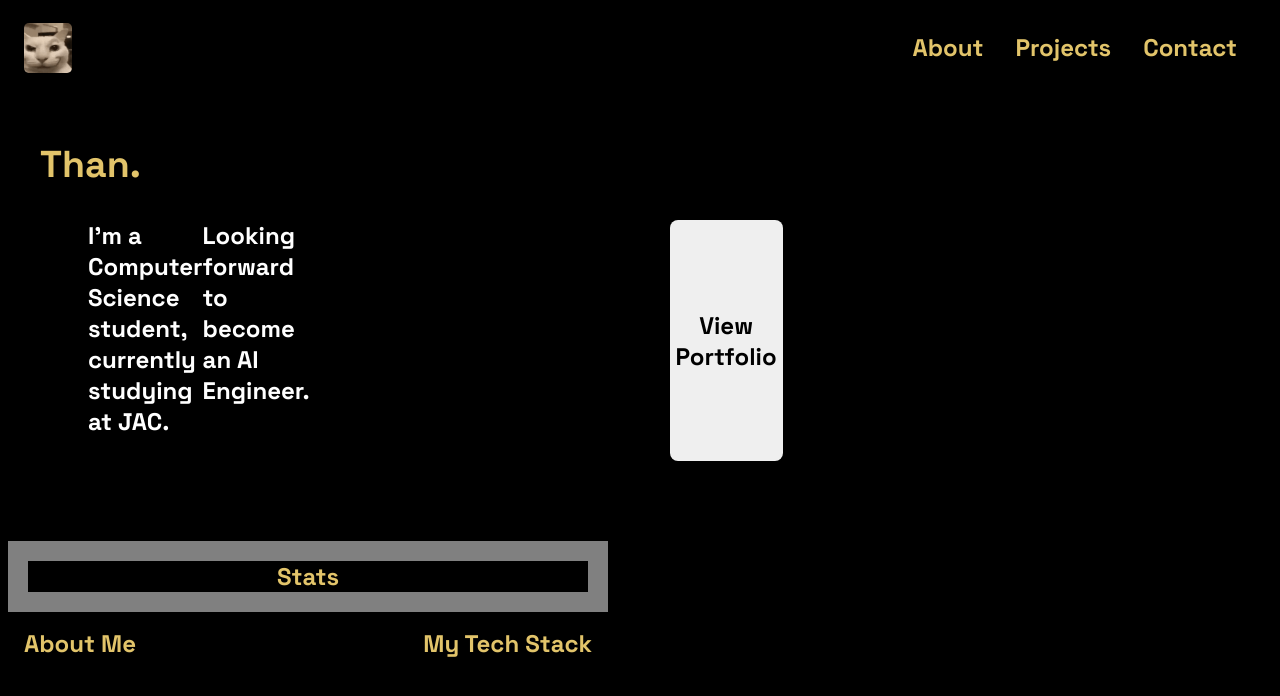
Repository: Than-dot/Than-dot
Page: index.html
An editor plug-in stored every save of this project. The page is shown before and after the next save, followed by the edit.
The browser window is 1280 px wide. The pictures show the whole page.

Above is the page before, as saved 2026-05-06 12:38:30.

### index.html
<!doctype html>
<html lang="en">
  <head>
    <meta charset="UTF-8" />
    <meta name="viewport" content="width=device-width, initial-scale=1.0" />
    <title>Than</title>
    <link rel="stylesheet" href="styles/global.css" />
    <link rel="stylesheet" href="styles/index.css" />
  </head>

  <body>
    <header>
      <nav>
        <img src="./assets/images/uncanny-cat-freaky.png" alt="cat" />
        <ul class="nav-center">
          <li>About</li>
          <li>Projects</li>
          <li>Contact</li>
        </ul>
      </nav>
    </header>
    <main>
      <section class="container1">
        <article class="f-art"><h1>Than.</h1></article>
        <aside class="f-asi">
          <p>I'm a Computer Science student, currently studying at JAC.</p>
          <p>Looking forward to become an AI Engineer.</p>
          <button>View Portfolio</button>
        </aside>
        <article class="stats">Stats</article>
      </section>
    </main>
    <section class="container2">
      <aside class="s-asi">About Me</aside>
      <article class="s-art">My Tech Stack</article>
    </section>
  </body>
</html>

### styles/global.css
@font-face {
  font-family: Space-Grotesk;
  src: url(/assets/font/Space_Grotesk/SpaceGrotesk-VariableFont_wght.ttf);
}

body {
  font-family: Space-Grotesk, sans-serif;
  font-weight: bold;
  font-size: 1.5rem;
}

button {
  font-family: Space-Grotesk, sans-serif;
  font-weight: bold;
  font-size: 1.5rem;
}

.f-art {
  font-size: 2rem;
}

### styles/index.css
body {
  width: 100%;
  max-width: 600px;
  background-color: black;
  color: #e2c46a;
}
.container1 {
  display: flex;
  flex-direction: column;
}

.f-art {
  margin: 2rem;
  margin-top: 1rem;
}

.f-asi {
  display: grid;
  margin-top: 0;
  justify-content: space-between;
}

p {
  margin: 0;
  margin-bottom: 1.5rem;
  color: white;
}

.stats {
  border: 20px solid grey;
  text-align: center;
}

.s-art {
}

.s-asi {
}

.container2 {
  display: flex;
  flex-direction: row;
  justify-content: space-between;
  margin: 1rem;
}

button {
  border-radius: 8px;
  border: none;
  max-width: 10rem;
  margin-left: 50vh;
}

button:hover {
  box-shadow: 0 6px 12px rgba(0, 0, 0, 0.15);
}

img {
  height: 50px;
  width: auto;
  margin-left: 1rem;
  border-radius: 10%;
}

.nav-center {
  display: flex;
  gap: 32px;
  list-style: none;
  margin-left: 10rem;
}

nav {
  align-items: center;
  display: flex;
  border: white;
}

h1 {
  margin-bottom: 0;
}

@media screen and (min-width: 700px) {
  body {
    width: 100%;
  }
  .nav-center {
    display: flex;
    gap: 32px;
    list-style: none;
    margin-left: 50rem;
  }
  .f-asi {
    display: grid;
    margin-top: 0;
    justify-content: space-between;
  }
  .f-asi {
    display: flex;
    margin: 5rem;
    margin-top: 0;
    justify-content: space-between;
  }
}

After the next save:
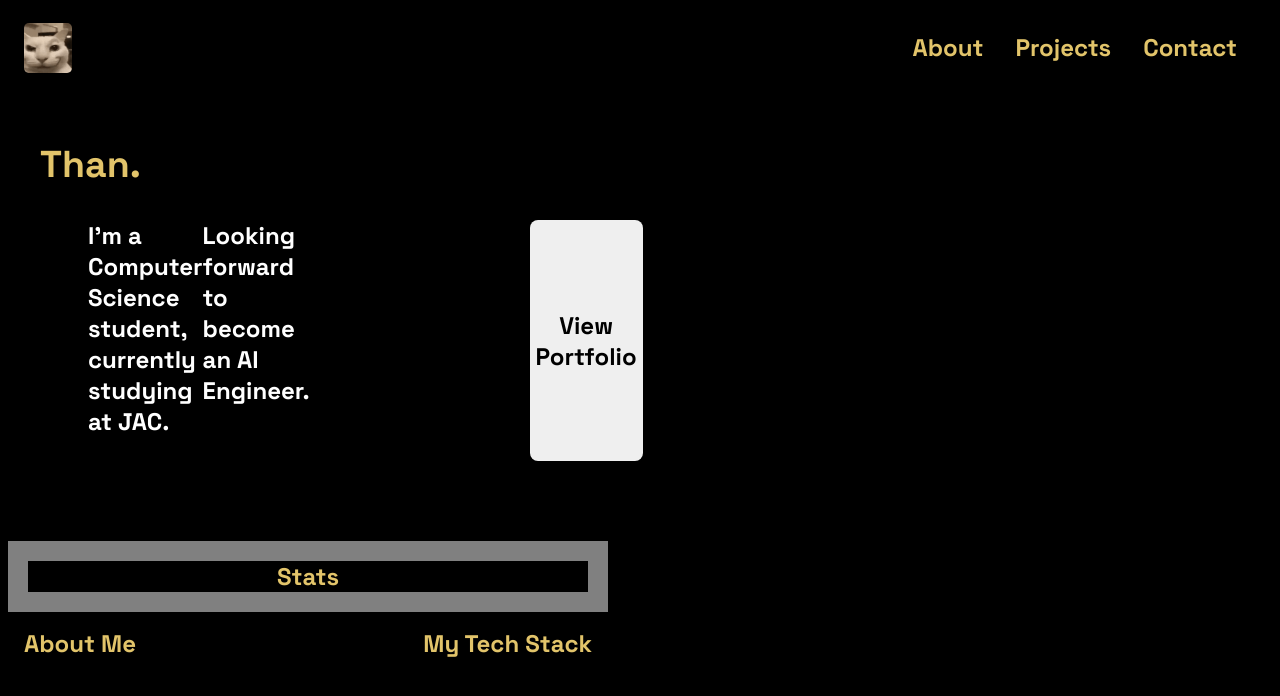
Saved 5 s later.
--- a/styles/index.css
+++ b/styles/index.css
@@ -48,7 +48,7 @@ button {
   border-radius: 8px;
   border: none;
   max-width: 10rem;
-  margin-left: 50vh;
+  margin-left: 50%;
 }
 
 button:hover {
